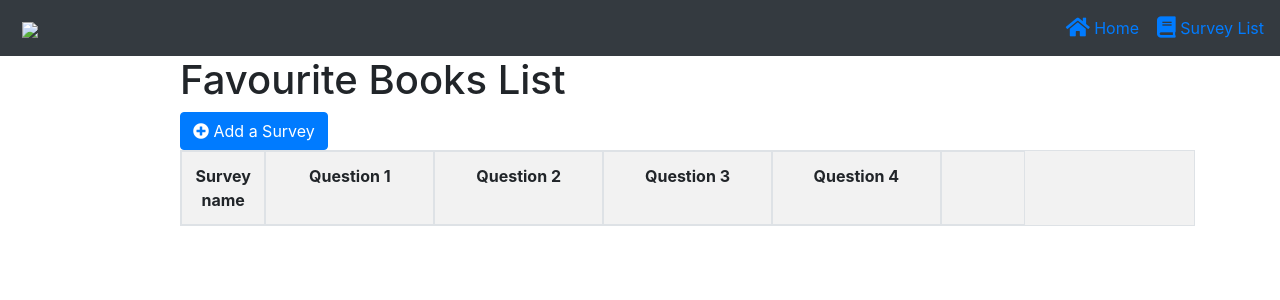
Repository: lord-NAVY/titans
Page: http://localhost/book-list
These files come from the project's save history. The page is drawn as it stood at one moment and after the next save; the edit follows.
The browser window is 1280 px wide. The pictures show the whole page.
The page is served by the project's Node server (server.js). Other server files are loaded and not shown. Queries for data that is not in the repository find no rows.

Above is the page before, as saved 2021-11-09 21:03:04.
Not found: images/LOGO.png

### server/views/book/index.ejs
<%- include ../partials/header.ejs %>

<%- include ../partials/main_nav.ejs %>


  <!-- Main Content -->
  <main class="container">
    <div class="row">
        <div class="offset-md-1 col-md-11">
            <h1>Favourite Books List</h1>

            <!-- FIX THE ADD BUTTON BELOW -->
            <a href="/book-list/add" class="btn btn-primary" role="button">
            <i class="fas fa-plus-circle"></i> Add a Survey</a>
            <br>
            <table class="table table-bordered table-striped table-hover">
                <!-- Header Row-->
                <tr class="d-flex">
                    <th class="text-center col-1">Survey name</th>
                    <th class="text-center col-2">Question 1</th>
                    <th class="text-center col-2">Question 2</th>
                    <th class="text-center col-2">Question 3</th>
                    <th class="text-center col-2">Question 4</th>
                    <th class="text-center col-1"></th>
                </tr>

                <!-- Repeatable Template Row -->

                <% for(let count = 0; count < BookList.length; count++) { %>
                    <tr class="d-flex">
                        <td class="text-center col-1"><%= BookList[count].Title%></td>
                        <td class="text-center col-2"><%= BookList[count].Description %></td>
                        <td class="text-center col-2"><%= BookList[count].Price%></td>
                        <td class="text-center col-2"><%= BookList[count].Author %></td>
                        <td class="text-center col-2"><%= BookList[count].Genre %></td>
                        <td class="text-center col-1">

                    <!-- ADD the EDIT BUTTON HERE -->


                            <a href="/book-list/edit/<%= BookList[count]._id %>" class="btn btn-primary btn-sm">
                            <i class="fas fa-pencil-alt"></i> Edit</a>
                        </td>
                        <td class="text-center col-1">

                         <!-- ADD the DELETE BUTTON HERE -->
                            <a href="/book-list/delete/<%= BookList[count]._id %>" class="btn btn-danger btn-sm">
                            <i class="fas fa-trash-alt"></i> Delete</a>
                        </td>
                    </tr>
                <% } %>
            </table>
        </div>
    </div>
  </main>

### server/views/partials/main_nav.ejs
<!-- Main Navigation -->
  <nav class="navbar navbar-expand-lg navbar-dark bg-dark">
      <a class="navbar-brand" href="/"><i class="fa fa-bookmark-o"></i> <img src="images/LOGO.png" Survey Factory</a>
    <button class="navbar-toggler" type="button" data-toggle="collapse" data-target="#navbarSupportedContent" aria-controls="navbarSupportedContent" aria-expanded="false" aria-label="Toggle navigation">
      <span class="navbar-toggler-icon"></span>
    </button>

    <div class="collapse navbar-collapse" id="navbarSupportedContent">
      <ul class="navbar-nav ml-auto">

           <% if(title == "Home") { %>
          <li class="active"><a href="/"><i class="fa fa-home fa-lg"></i> Home   &nbsp; &nbsp; </a></li>
        <% } else { %>
          <li><a href="/"><i class="fa fa-home fa-lg"></i> Home &nbsp; &nbsp;   </a></li>
        <% } %>

          <% if(title == "books") { %>
          <li class="active"><a href="/books"><i class="fa fa-book fa-lg">
          </i>    Survey List</a></li>
          <% } else { %>
            <li><a href="/book-list"><i class="fa fa-book fa-lg">
            </i>   Survey List</a></li>
          <% } %>
</ul>
    </div>
  </nav>

### server.js
#!/usr/bin/env node

/* server.js
Students's name: Arshpreet Singh
StudentID: 301174738
Date: 31 October, 2021
*/

/**
 * Module dependencies.
 */

var app = require('./server/config/app');
var debug = require('debug')('week-4:server');
var http = require('http');

/**
 * Get port from environment and store in Express.
 */

var port = normalizePort(process.env.PORT || '3000');
app.set('port', port);

/**
 * Create HTTP server.
 */

var server = http.createServer(app);

/**
 * Listen on provided port, on all network interfaces.
 */

server.listen(port);
server.on('error', onError);
server.on('listening', onListening);

/**
 * Normalize a port into a number, string, or false.
 */

function normalizePort(val) {
  var port = parseInt(val, 10);

  if (isNaN(port)) {
    // named pipe
    return val;
  }

  if (port >= 0) {
    // port number
    return port;
  }

  return false;
}

/**
 * Event listener for HTTP server "error" event.
 */

function onError(error) {
  if (error.syscall !== 'listen') {
    throw error;
  }

  var bind = typeof port === 'string'
    ? 'Pipe ' + port
    : 'Port ' + port;

  // handle specific listen errors with friendly messages
  switch (error.code) {
    case 'EACCES':
      console.error(bind + ' requires elevated privileges');
      process.exit(1);
      break;
    case 'EADDRINUSE':
      console.error(bind + ' is already in use');
      process.exit(1);
      break;
    default:
      throw error;
  }
}

/**
 * Event listener for HTTP server "listening" event.
 */

function onListening() {
  var addr = server.address();
  var bind = typeof addr === 'string'
    ? 'pipe ' + addr
    : 'port ' + addr.port;
  debug('Listening on ' + bind);
}

### server/controllers/book.js
/* book.js
Students's name: Arshpreet Singh
StudentID: 301174738
Date: 31 October, 2021
Web app name: COMP229-F2021-MidTerm-301174738
*/

let express = require('express');
let router = express.Router();
let mongoose = require('mongoose');

// create a reference to the model
let Book = require('../models/book');

module.exports.displayBookList = (req, res, next) => {
    Book.find((err, bookList) => {
        if(err)
        {
            return console.error(err);
        }
        else
        {
            //console.log(BookList);

            res.render('book/index', {title: 'Books', BookList: bookList});
        }
    });
}

module.exports.displayAddPage = (req, res, next) => {
    res.render('book/details', {title: 'Add Book'})
}

module.exports.processAddPage = (req, res, next) => {
    let newBook = Book({
        "Title": req.body.Title,
        "Author": req.body.Author,
        "Genre": req.body.Genre,
        "Description": req.body.Description,
        "Price": req.body.Price
    });

    Book.create(newBook, (err, Book) =>{
        if(err)
        {
            console.log(err);
            res.end(err);
        }
        else
        {
            // refresh the book list
            res.redirect('/book-list');
        }
    });

}

module.exports.displayEditPage = (req, res, next) => {
    let id = req.params.id;

    Book.findById(id, (err, bookToEdit) => {
        if(err)
        {
            console.log(err);
            res.end(err);
        }
        else
        {
            //show the edit view
            res.render('book/edit', {title: 'Edit Book', book: bookToEdit})
        }
    });
}

module.exports.processEditPage = (req, res, next) => {
    let id = req.params.id

    let updatedBook = Book({
        "_id": id,
        "Title": req.body.Title,
        "Author": req.body.Author,
        "Genre": req.body.Genre,
        "Description": req.body.Description,
        "Price": req.body.Price
    });

    Book.updateOne({_id: id}, updatedBook, (err) => {
        if(err)
        {
            console.log(err);
            res.end(err);
        }
        else
        {
            // refresh the book list
            res.redirect('/book-list');
        }
    });
}

module.exports.performDelete = (req, res, next) => {
    let id = req.params.id;

    Book.remove({_id: id}, (err) => {
        if(err)
        {
            console.log(err);
            res.end(err);
        }
        else
        {
             // refresh the book list
             res.redirect('/book-list');
        }
    });
}

### public/Content/app.css
/* app.css
Students's name: Arshpreet Singh
StudentID: 301174738
Date: 31 October, 2021
Web app name: COMP229-F2021-MidTerm-301174738
*/

/* custom css goes here */

Loaded but not shown: server/views/partials/header.ejs (common file)

After the next save:
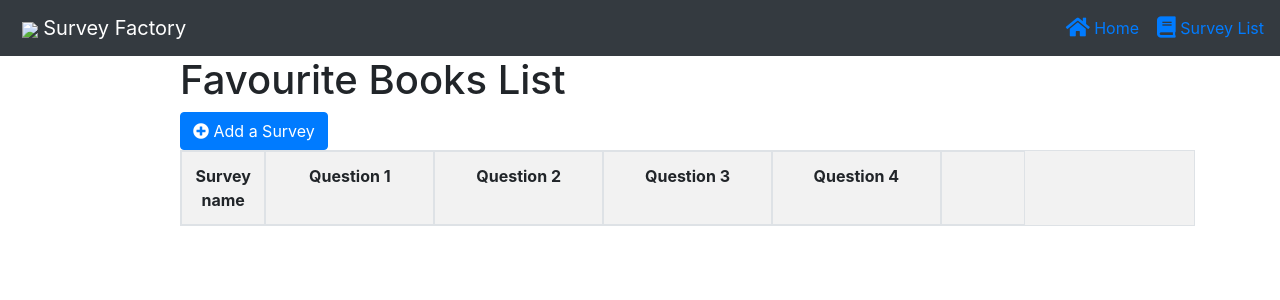
Saved 8 s later.
--- a/server/views/partials/main_nav.ejs
+++ b/server/views/partials/main_nav.ejs
@@ -1,6 +1,6 @@
 <!-- Main Navigation -->
   <nav class="navbar navbar-expand-lg navbar-dark bg-dark">
-      <a class="navbar-brand" href="/"><i class="fa fa-bookmark-o"></i> <img src="images/LOGO.png" Survey Factory</a>
+      <a class="navbar-brand" href="/"><i class="fa fa-bookmark-o"></i> <img src="images/LOGO.png"> Survey Factory</a>
     <button class="navbar-toggler" type="button" data-toggle="collapse" data-target="#navbarSupportedContent" aria-controls="navbarSupportedContent" aria-expanded="false" aria-label="Toggle navigation">
       <span class="navbar-toggler-icon"></span>
     </button>
